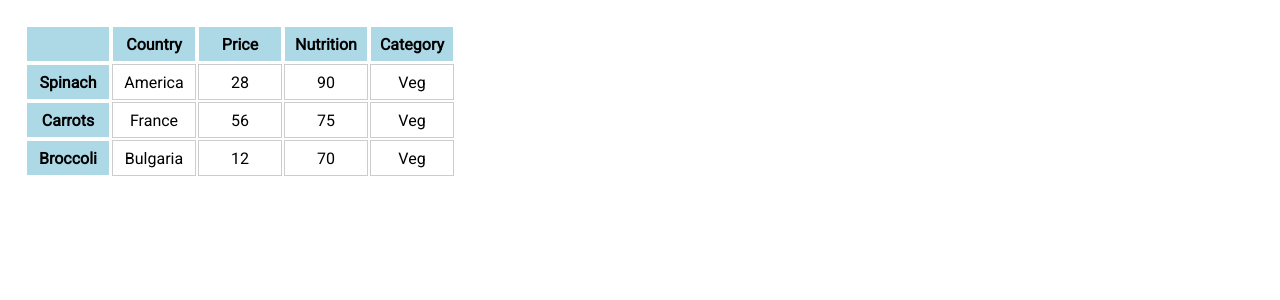
Repository: rory81/jquery
Page: index.html
The author's editor kept a record of every edit. The page is drawn from the files as they stood at one moment, then again after the next edit.
The browser window is 1280 px wide. The pictures show the whole page.

Above is the page before.

After the next edit:
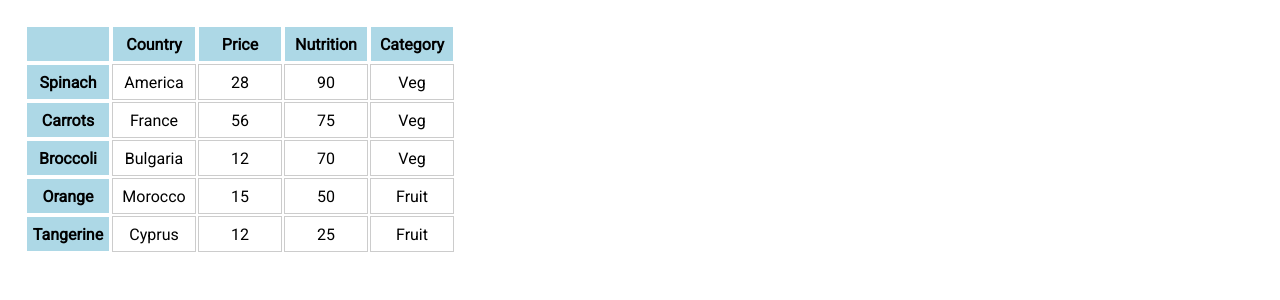
The edit:
--- a/index.html
+++ b/index.html
@@ -56,6 +56,20 @@
       <td>70</td>
       <td>Veg</td>
     </tr>
+     <tr>
+      <th>Orange</th>
+      <td>Morocco</td>
+      <td>15</td>
+      <td>50</td>
+      <td>Fruit</td>
+    </tr>
+     <tr>
+      <th>Tangerine</th>
+      <td>Cyprus</td>
+      <td>12</td>
+      <td>25</td>
+      <td>Fruit</td>
+    </tr>
   </table>
   <script
   src="https://code.jquery.com/jquery-3.3.1.js"
